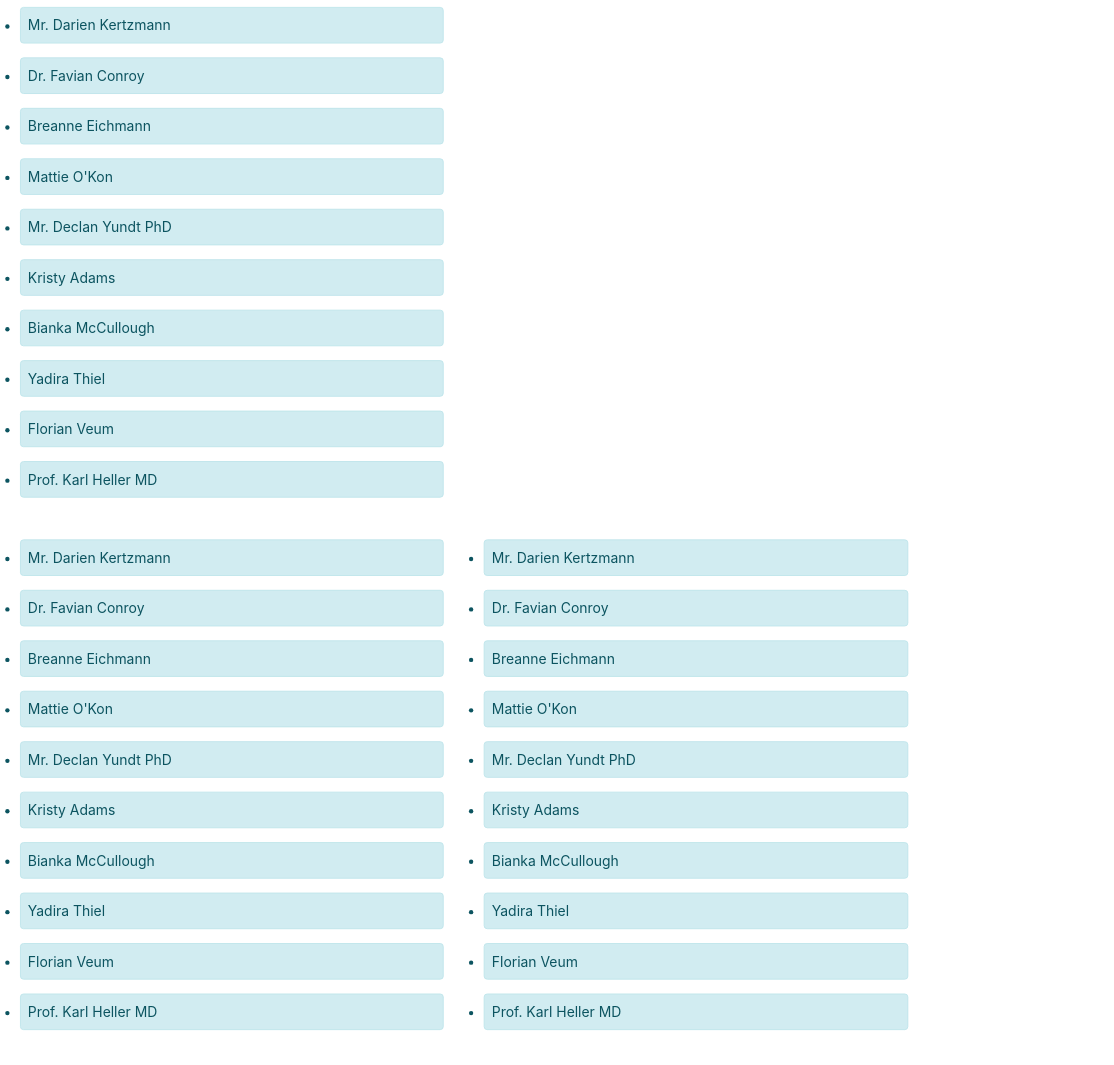
Repository: yatharth-vataliya/the-core-php-js
Page: http://localhost/prac_17.php
The author's editor kept a copy of each file at every save. The page is drawn from the files as they stood at one save, then again after the next save.
The browser window is 1280 px wide. The pictures show the whole page, at 87% of full size.
Some web libraries are served in a nearby version. The page is run by PHP 8.4 with error messages shown; the project is at /var/www/html/. The database holds what the project's SQL file puts in it.

Above is the page before, as saved 2020-12-26 18:27:51.

After the next save:
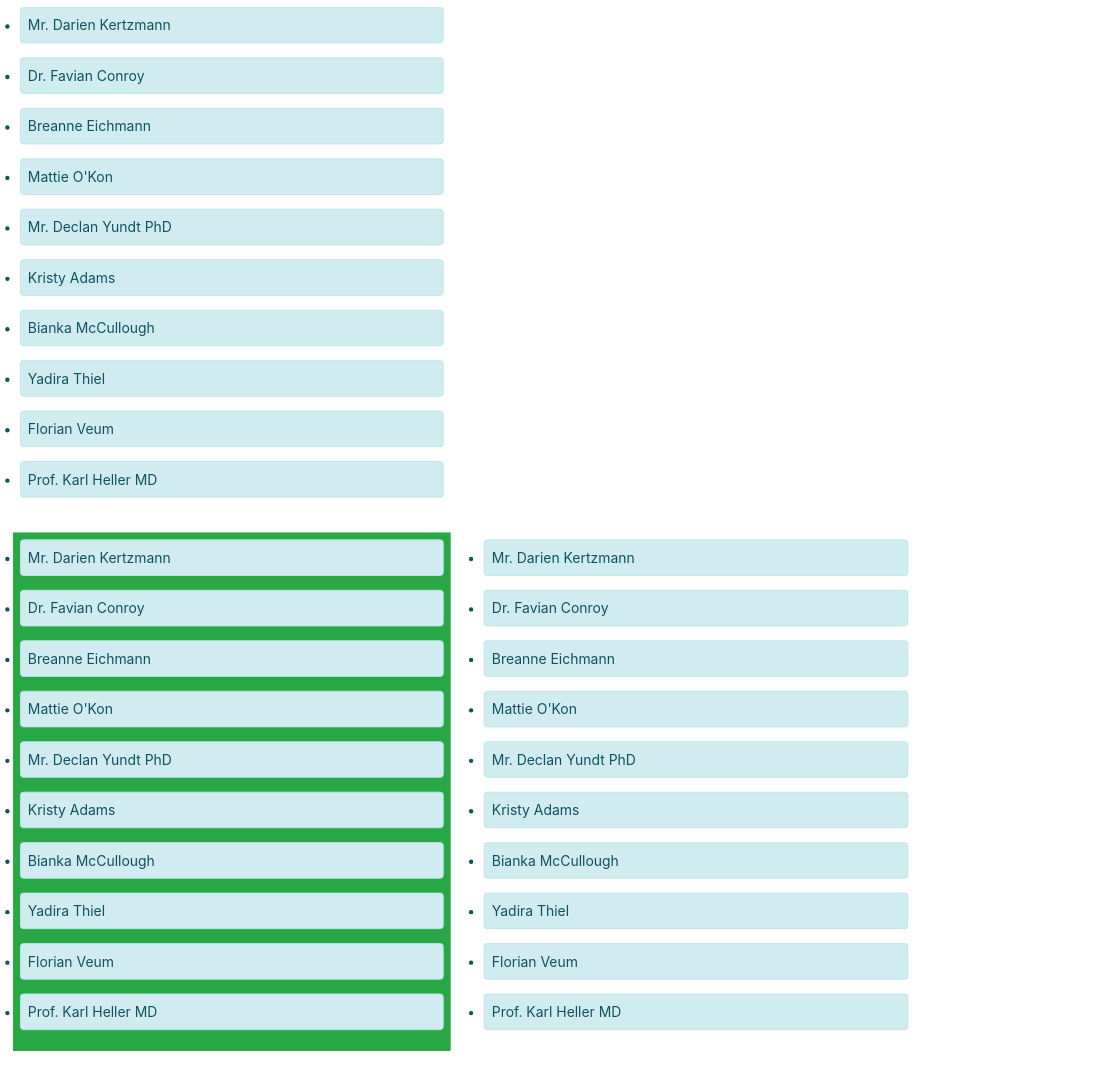
Saved 38 s later.
--- a/prac_17.php
+++ b/prac_17.php
@@ -41,7 +41,7 @@ $data = $st->fetchAll(PDO::FETCH_OBJ);
   <div class="container-fluid">
     <div class="row">
       <div class="col-md-5">
-        <ul id="sortable1" class="p-2 connectedSortable">
+        <ul id="sortable1" class="p-2 connectedSortable bg-success">
           <?php foreach ($data as $dt) : ?>
             <li class="p-2 alert alert-info" data-id="<?php echo $dt->id; ?>"><?php echo $dt->product_name; ?></li>
           <?php endforeach; ?>
